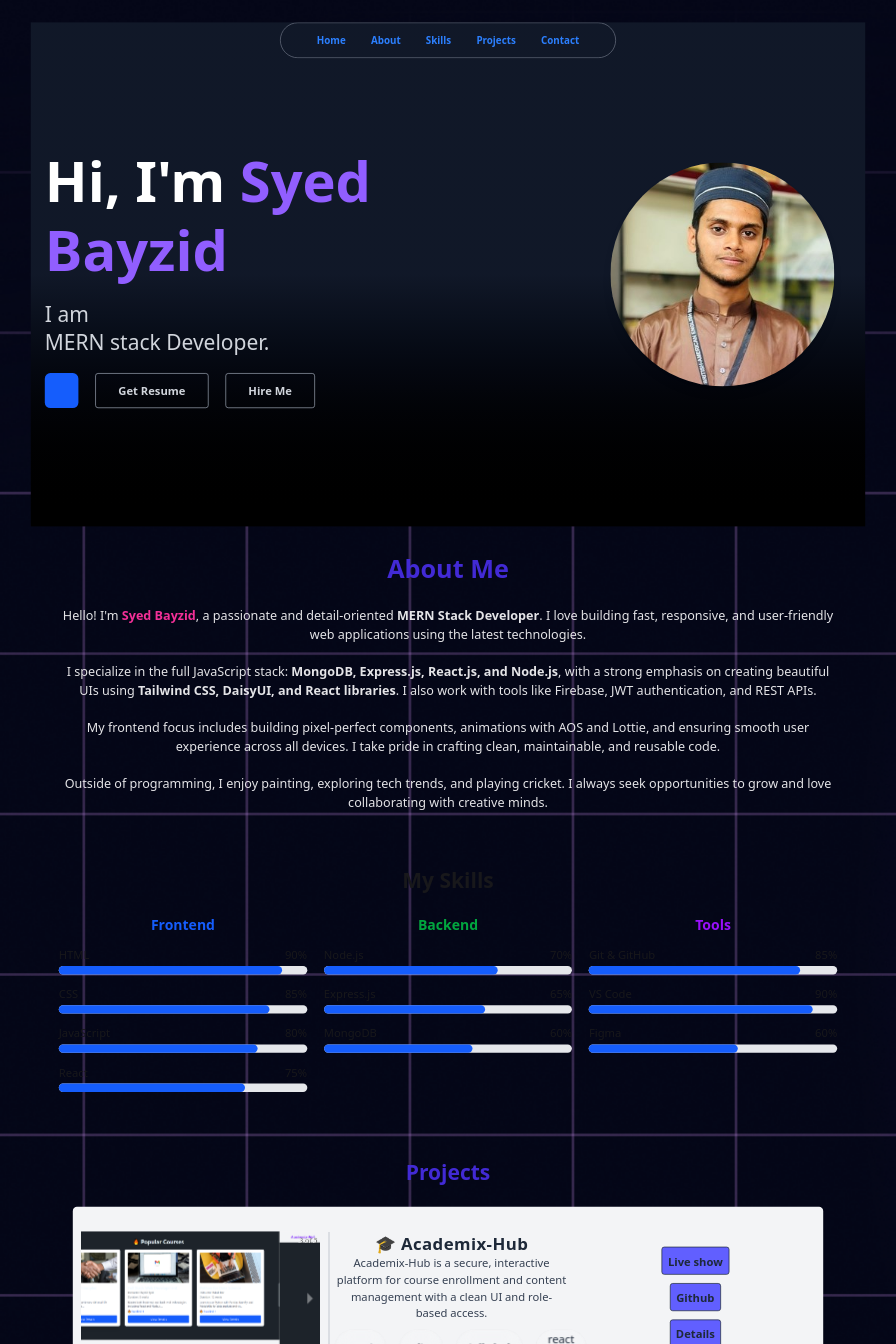
Repository: syedbayzid82849/syed-bayzid
Page: /
An editor plug-in stored every save of this project. The page is shown before and after the next save, followed by the edit.
The browser window is 1280 px wide. The pictures show the part of the page from y = 0 to 1920 px (the page is 2972 px tall), at 70% of full size.
The project was rebuilt for these pictures with package versions that can differ from the ones it lists, and the page was loaded fresh each time. Also part of the build but not shown: vite.config.js, src/App.jsx.

Above is the page before, as saved 2025-08-11 16:53:42.

After the next save:
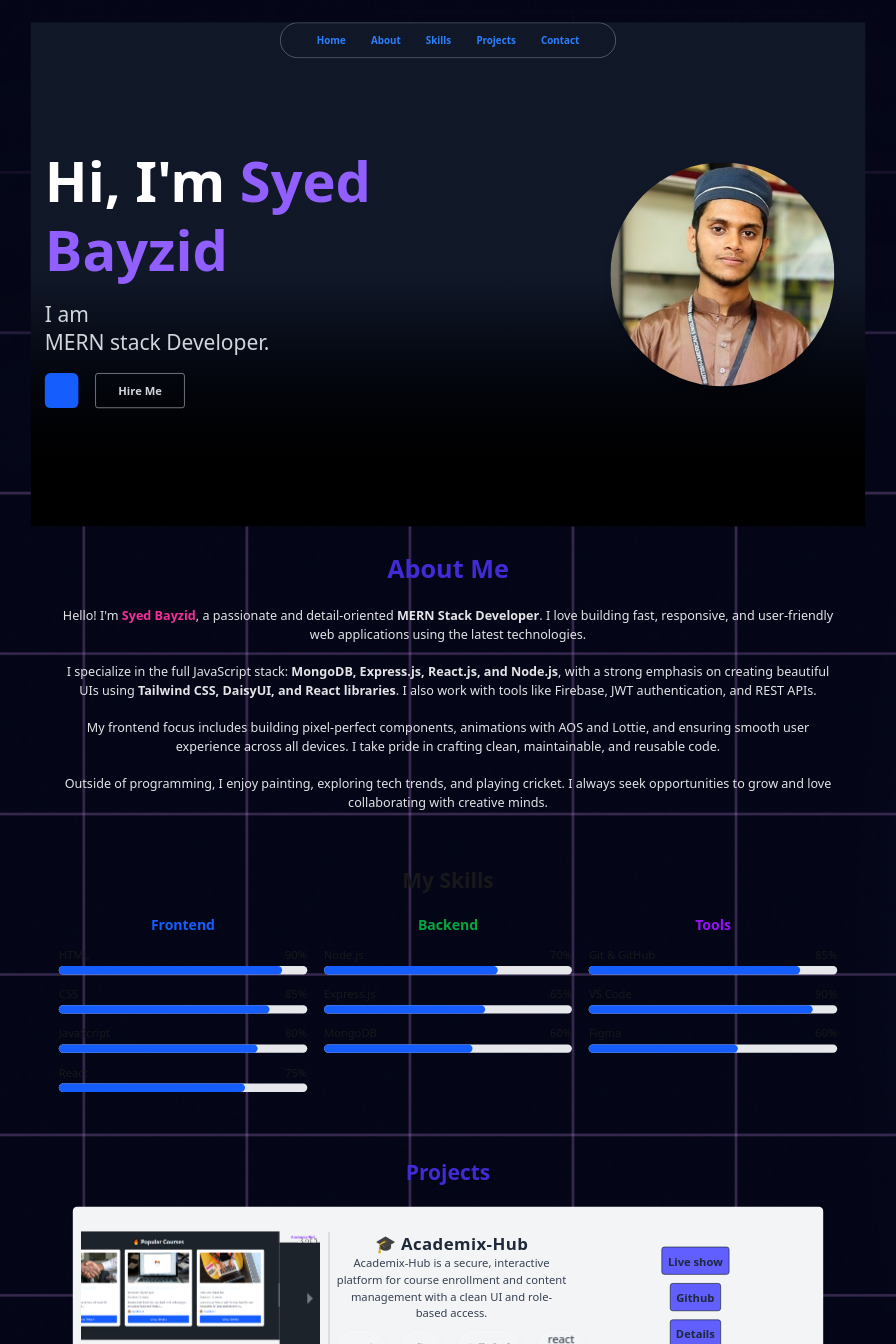
Saved 11 s later.
--- a/src/Components/HomeComponents/Hero.jsx
+++ b/src/Components/HomeComponents/Hero.jsx
@@ -37,16 +37,7 @@ const Hero = () => {
                                 whileTap={{ scale: 0.95 }}
                                 className="px-6 py-3 bg-blue-600 rounded-lg font-medium hover:bg-blue-700 transition"
                             ></motion.button>
-                            <a
-                                href="/CV of Syed Bayzid.pdf"
-                                download
-                                target="_blank"
-                                rel="noopener noreferrer"
-                                onClick={handleResumeDownload}
-                                className="px-8 py-3 font-semibold border border-gray-400 rounded text-gray-300 hover:bg-[#915EFF] hover:text-white transition"
-                            >
-                                Get Resume
-                            </a>
+
                             <a
                                 href="https://www.linkedin.com/in/syed-bayzid-b91343329/"
                                 target="_blank"
